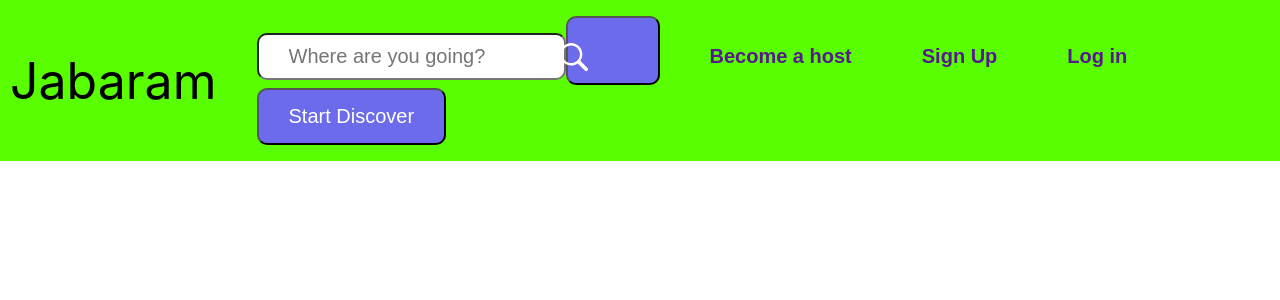
Repository: manahiang/Jabaram-web
Page: / (app in src/)
These files come from the project's save history. The page is drawn as it stood at one moment and after a run of saves; the edit follows.
The browser window is 1280 px wide. The pictures show the whole page.
The project was rebuilt for these pictures with package versions that can differ from the ones it lists, and the page was loaded fresh each time. Also part of the build but not shown: src/src/App.css.

Above is the page before, as saved 2022-11-30 10:09:10.

After the next 2 saves:
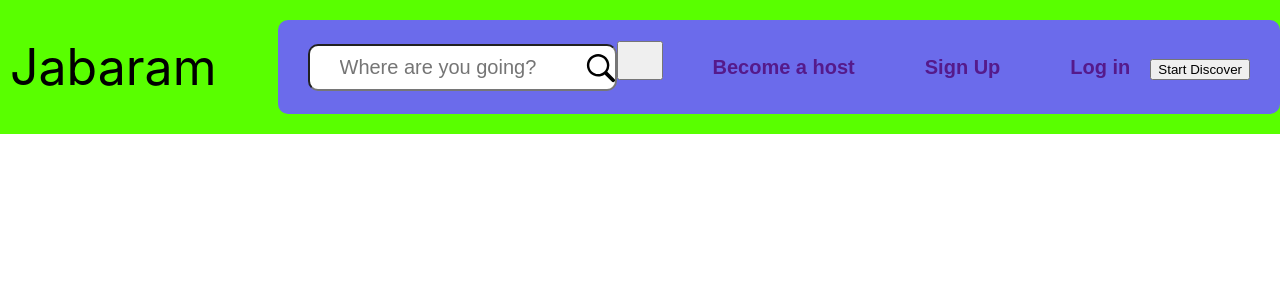
The 2 saves are shown as one change because they came seconds apart.
The last was saved 13 s later.
--- a/src/src/index.css
+++ b/src/src/index.css
@@ -52,7 +52,7 @@ code {
   padding-left: 30px;
   font-size: 20px;
 }
-.menu ul   button{
+.menu ul  {
   font-size: 20px;
   background-color: rgb(107, 107, 235);
   color: white;
